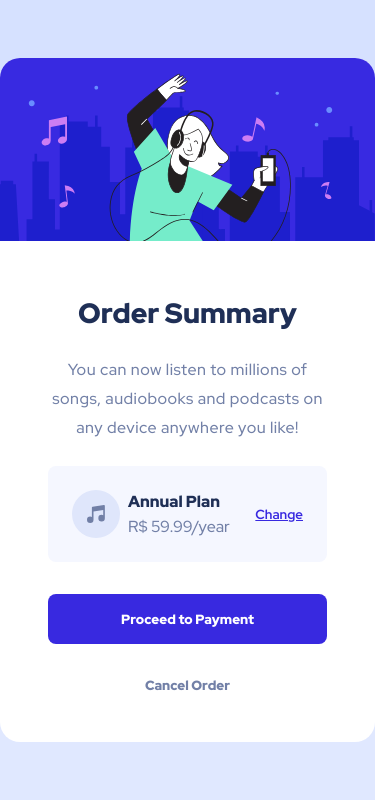
Repository: gccavalheiro/order-summary-card
Page: index.html
An editor plug-in stored every save of this project. The page is shown before and after the next save, followed by the edit.
The browser window is 375 px wide. The pictures show the whole page.

Above is the page before, as saved 2021-12-17 02:29:31.

After the next save:
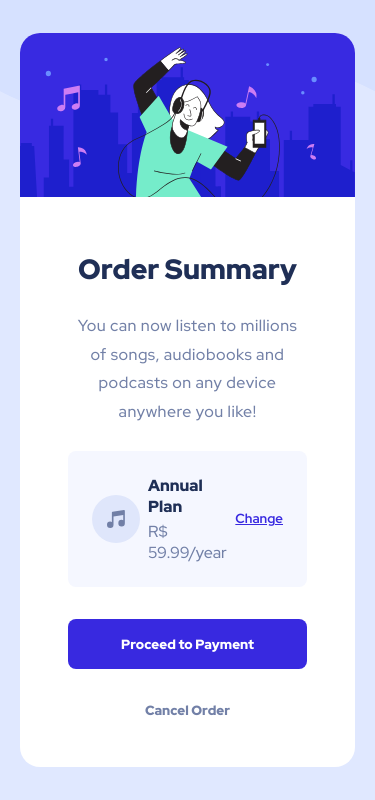
Saved 34 s later.
--- a/assets/css/main.css
+++ b/assets/css/main.css
@@ -177,5 +177,7 @@ main {
 }
 
 @media screen and (max-width: 475px) {
-
+  main {
+    padding: 0 20px;
+  }
 }
